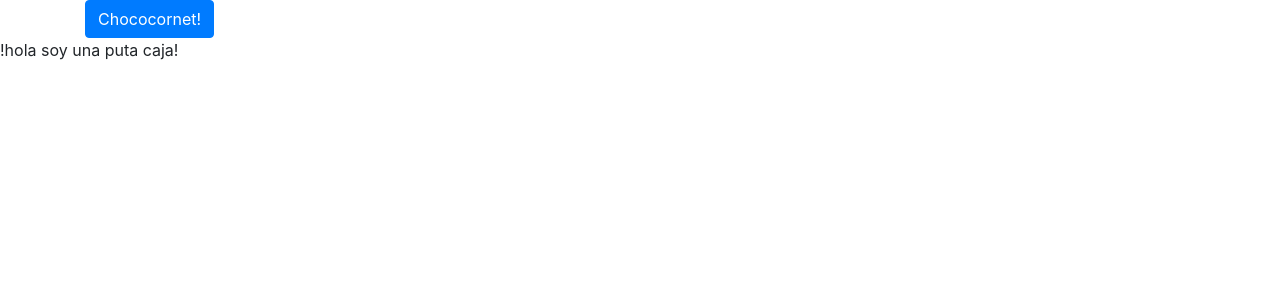
Repository: gitmadacode/practica_javascript
Page: Inicio/index.html
These files come from the project's save history. The page is drawn as it stood at one moment and after the next save; the edit follows.
The browser window is 1280 px wide. The pictures show the whole page.

Above is the page before, as saved 2019-09-09 00:06:34.

After the next save:
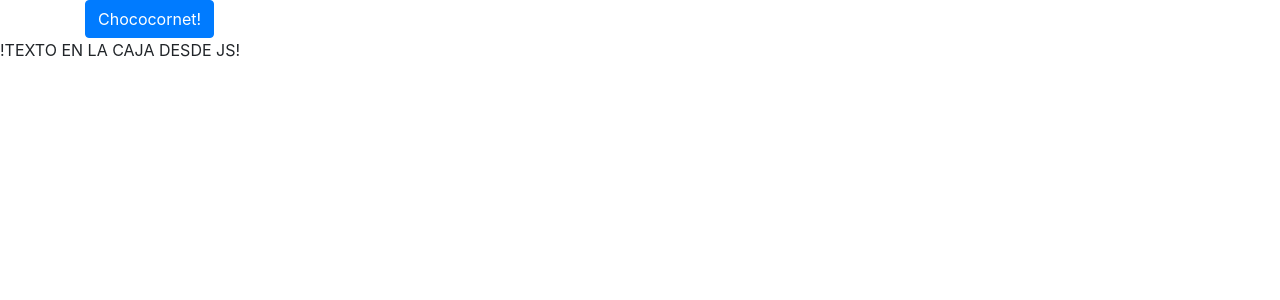
Saved 49 s later.
--- a/Inicio/js/dom.js
+++ b/Inicio/js/dom.js
@@ -1,5 +1,7 @@
 //DOM - Document Object Model
 
-var caja = document.getElementById("micaja").innerHTML;
+var caja = document.getElementById("micaja");
+
+caja.innerHTML = "!TEXTO EN LA CAJA DESDE JS!"
 
 console.log(caja);

After the 2 saves that followed:
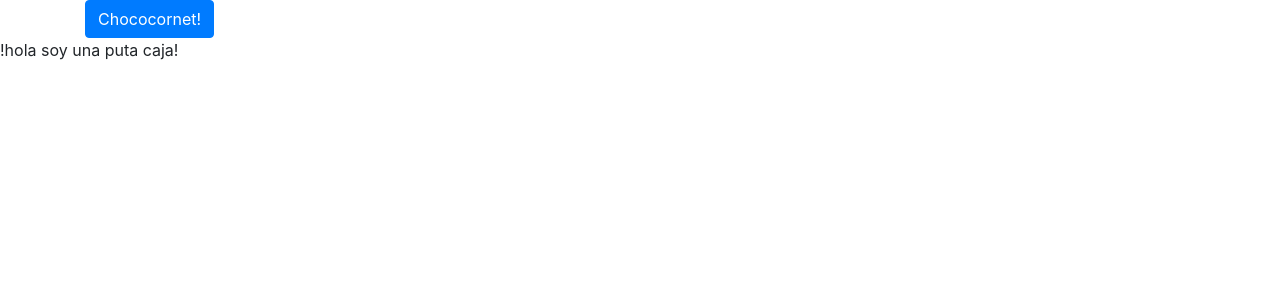
Console error (its wording comes from the project's code and is left out).
The 2 saves are shown as one change because 1 left the picture as it was.
The last was saved 71 s later.
--- a/Inicio/js/dom.js
+++ b/Inicio/js/dom.js
@@ -2,6 +2,8 @@
 
 var caja = document.getElementById("micaja");
 
-caja.innerHTML = "!TEXTO EN LA CAJA DESDE JS!"
+caja.innerHTML = "!TEXTO EN LA CAJA DESDE JS!";
+
+caja.style.background = #f00;
 
 console.log(caja);
